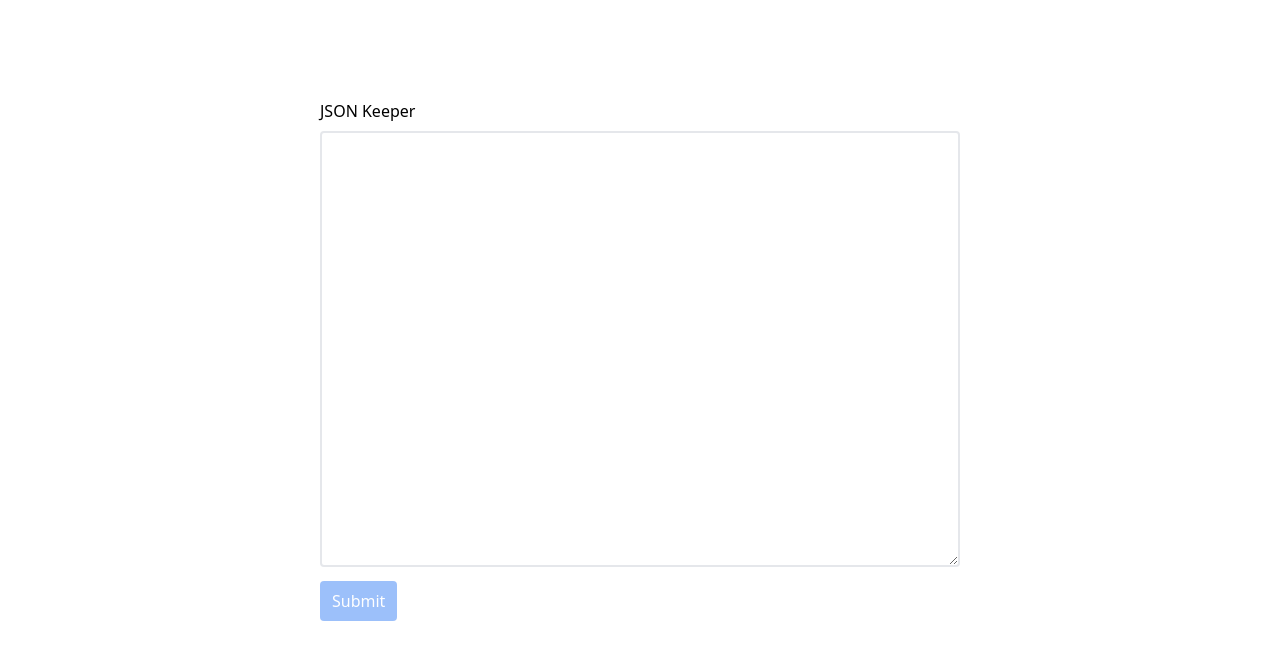
Repository: lakshithapramodya/jsonhub
Page: / (app in client/)
An editor plug-in stored every save of this project. The page is shown before and after a run of saves, followed by the edit.
The browser window is 1280 px wide. The pictures show the whole page.
The page's requests for data from a server got no answer. The project was rebuilt for these pictures with package versions that can differ from the ones it lists, and the page was loaded fresh each time. No one was signed in, and anything a server would have sent is missing. Also part of the build but not shown: client/src/HandleJsonData.js.

Above is the page before, as saved 2023-05-10 12:13:49.

### client/src/index.js
import React from "react";
import ReactDOM from "react-dom/client";
import "./index.css";
import App from "./App";
import { BrowserRouter, Route, Routes } from "react-router-dom";
import HandleJsonData from "./HandleJsonData";

const root = ReactDOM.createRoot(document.getElementById("root"));
root.render(
  <React.StrictMode>
    <BrowserRouter>
      <Routes>
        <Route path="/" element={<App />} />
        <Route path=":url" element={<HandleJsonData />} />
      </Routes>
    </BrowserRouter>
  </React.StrictMode>
);

### client/src/App.js
import { useState } from "react";
import { SERVER_ENDPOINT } from "./config/Default";
import axios from "axios";

function App() {
  const [input, setInput] = useState([]);
  const [url, setUrl] = useState("");

  const sendRequest = async () => {
    const res = await axios
      .post(`${SERVER_ENDPOINT}/api/json`, {
        text: input,
      })
      .then()
      .catch((err) => console.log(err));
    const data = res.data;
    return data;
  };

  const handleSubmit = (e) => {
    e.preventDefault();
    sendRequest().then((res) => {
      console.log(res.url);
      res && setInput([]);
      setUrl(res.url);
    });
  };

  function isJsonString(str) {
    try {
      JSON.parse(str);
    } catch (e) {
      return false;
    }
    return true;
  }

  return (
    <div className="min-w-full min-h-screen flex flex-col">
      {url && (
        <a href={`${SERVER_ENDPOINT}/${url}`}>{`${SERVER_ENDPOINT}/${url}`}</a>
      )}
      <div className="flex flex-col m-auto w-full md:w-1/2 items-center justify-center">
        <form onSubmit={handleSubmit} className="w-full space-y-2 mx-10">
          <h1 className="">JSON Keeper</h1>
          <textarea
            onChange={(e) => setInput(e.target.value)}
            value={input}
            rows={18}
            className="border-2 w-full rounded"
          />
          <button
            className="bg-blue-500 p-2 px-3 rounded text-white disabled:opacity-50"
            disabled={!isJsonString(input)}
            type="submit"
          >
            Submit
          </button>
        </form>
      </div>
    </div>
  );
}

export default App;

### client/src/config/Default.js
export const SERVER_ENDPOINT =
  process.env.REACT_APP_SERVER_ENDPOINT || "http://localhost:5000";

Loaded but not shown: client/public/index.html (common file); client/src/index.css (common file); client/tailwind.config.js (common file)

After the next 2 saves:
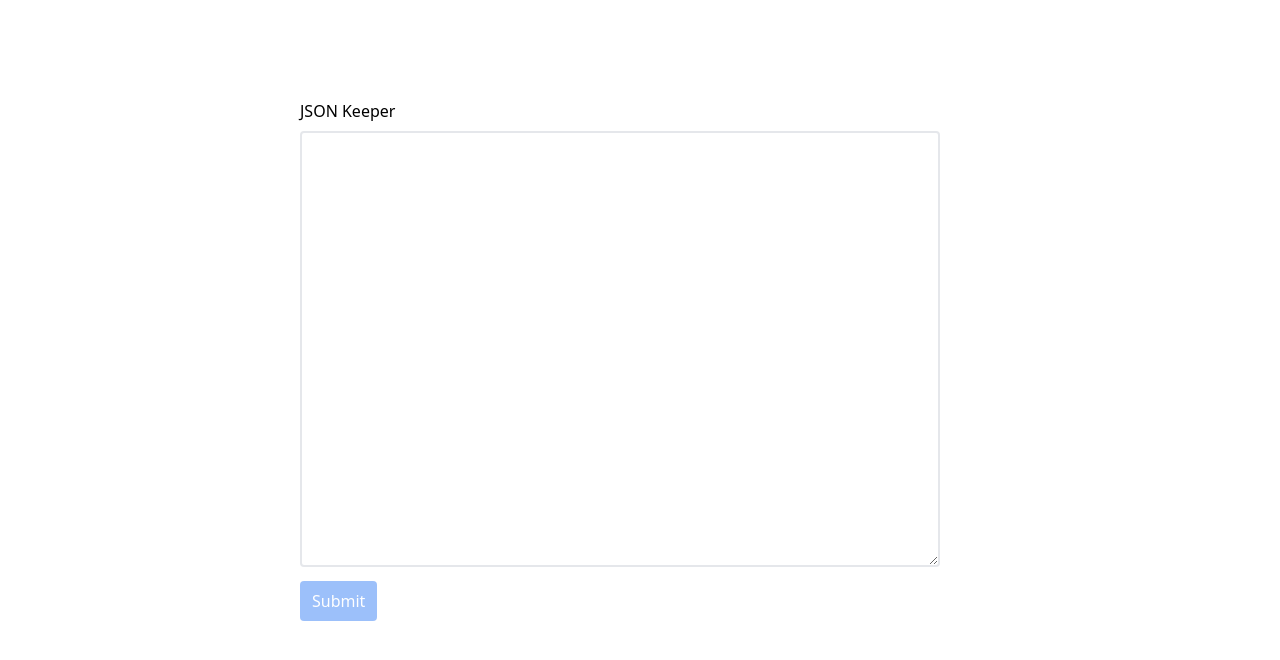
The 2 saves are shown as one change because they came seconds apart.
The last was saved 9 s later.
--- a/client/src/App.js
+++ b/client/src/App.js
@@ -41,7 +41,7 @@ function App() {
         <a href={`${SERVER_ENDPOINT}/${url}`}>{`${SERVER_ENDPOINT}/${url}`}</a>
       )}
       <div className="flex flex-col m-auto w-full md:w-1/2 items-center justify-center">
-        <form onSubmit={handleSubmit} className="w-full space-y-2 mx-10">
+        <form onSubmit={handleSubmit} className="w-full space-y-2 mr-10">
           <h1 className="">JSON Keeper</h1>
           <textarea
             onChange={(e) => setInput(e.target.value)}
